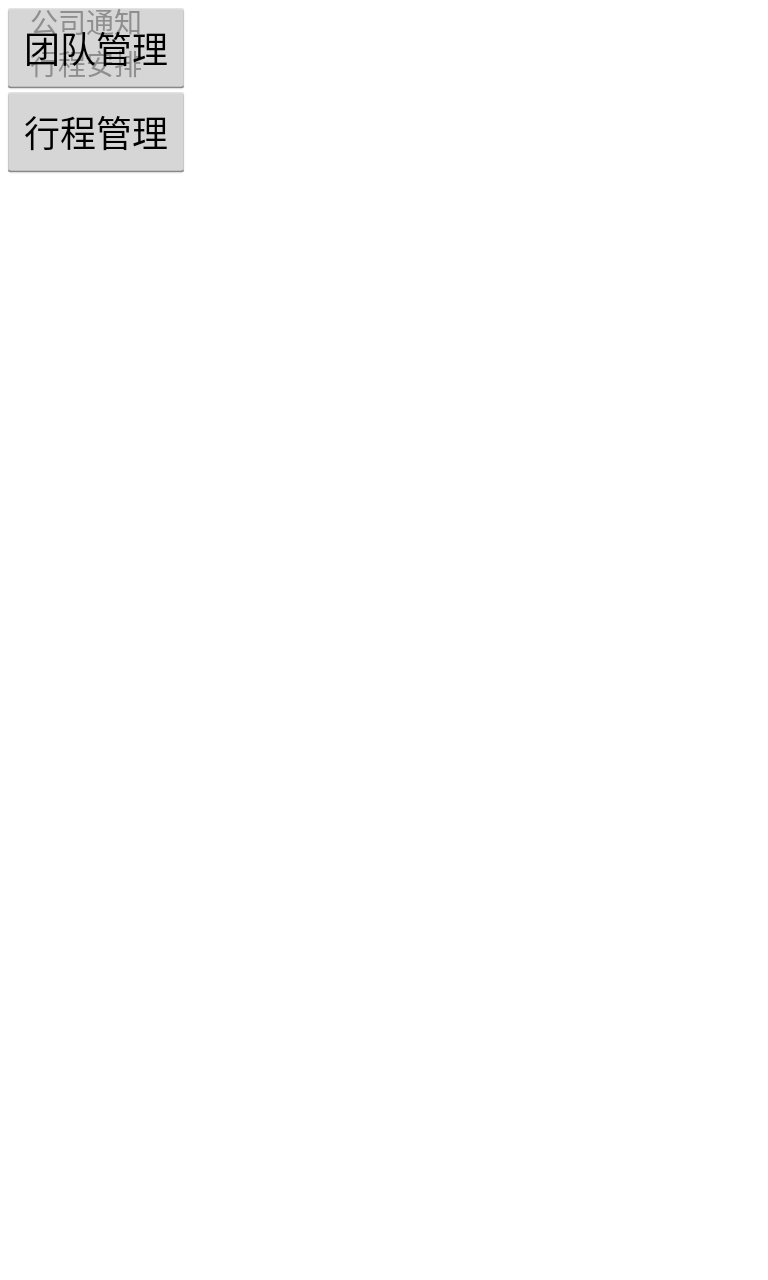
Repository: berserklee/android_dev
Layout: TourGuidesAssist/res/layout/main_activity_layout.xml
These files come from the project's save history. The layout is drawn as it stood at one moment and after the next save; the edit follows.
It is drawn on a 768 x 1280 px phone screen (xhdpi) without system bars, with theme AppTheme; the app's code is not run.

Above is the layout before, as saved 2015-04-28 17:40:17.

After the next save:
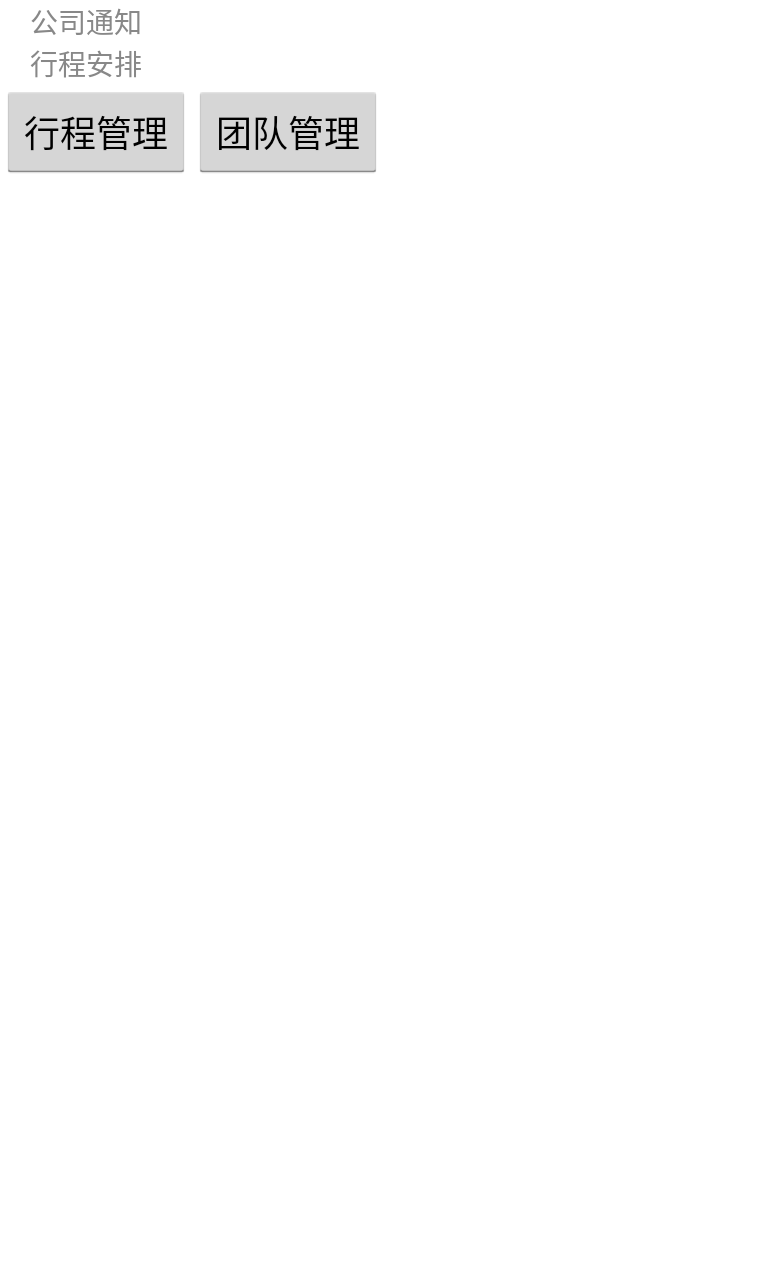
Saved 25 s later.
--- a/TourGuidesAssist/res/layout/main_activity_layout.xml
+++ b/TourGuidesAssist/res/layout/main_activity_layout.xml
@@ -32,7 +32,9 @@
         android:id="@+id/team_mng_button"
         android:layout_width="wrap_content"
         android:layout_height="wrap_content"
+        android:layout_alignBaseline="@+id/journey_mng_button"
+        android:layout_alignBottom="@+id/journey_mng_button"
+        android:layout_toRightOf="@+id/journey_mng_button"
+        android:text="@string/main_btn_team_mng" />
 
-        android:layout_alignRight="@+id/journey_mng_button"
-        android:text="@string/main_btn_team_mng"  />
 </RelativeLayout>
